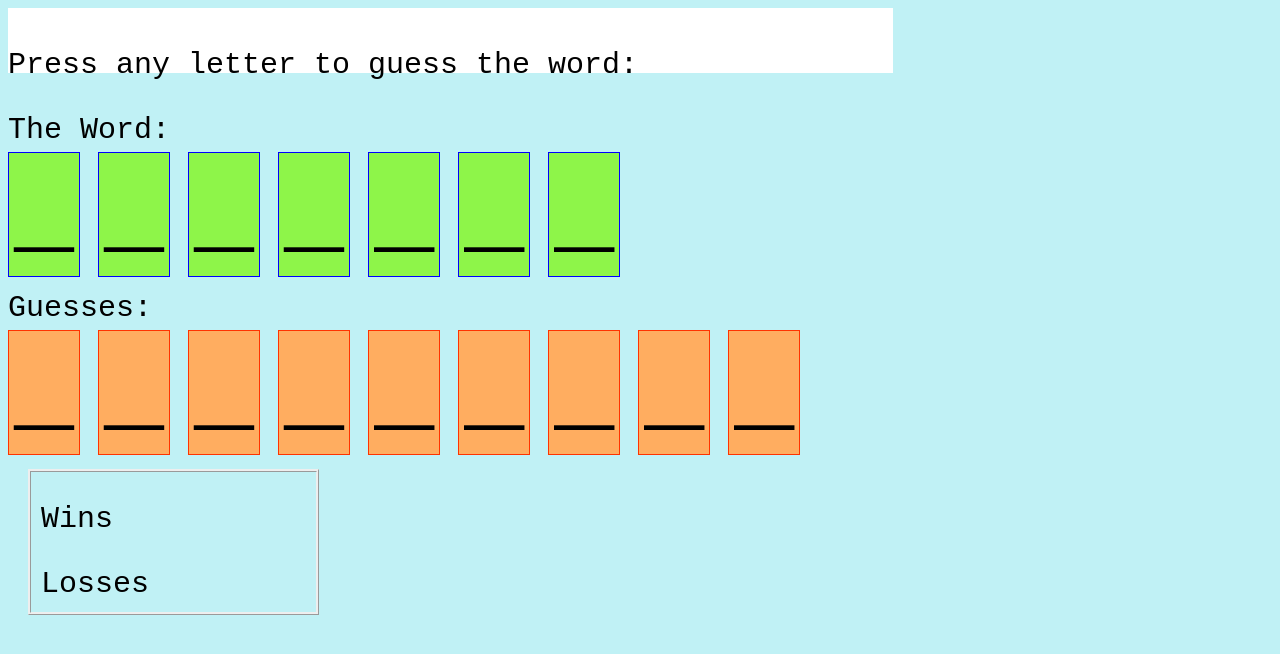
Repository: dsaftler/JavaScript
Page: index.html
The author's editor kept a copy of each file at every save. The page is drawn from the files as they stood at one save, then again after the next save.
The browser window is 1280 px wide. The pictures show the whole page.

Above is the page before, as saved 2019-03-30 23:19:54.

After the next save:
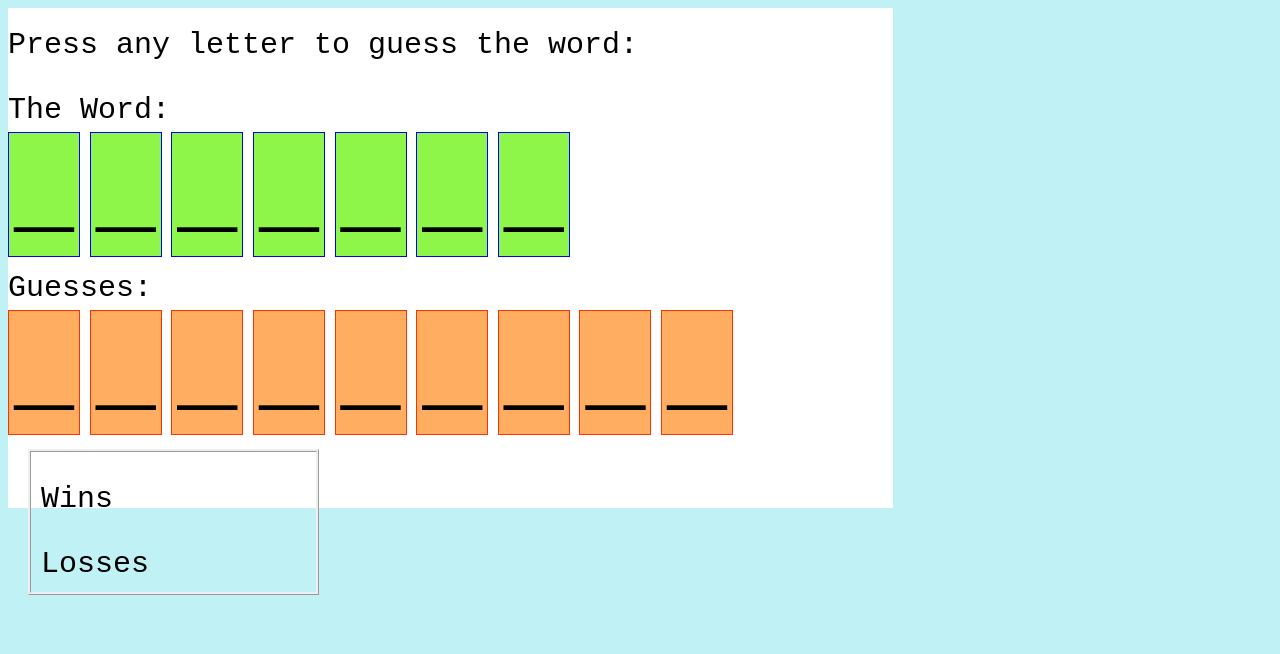
Saved 65 s later.
--- a/index.html
+++ b/index.html
@@ -10,7 +10,7 @@
   <title>JavaScript Hangman Game</title>
 </head>
 <body>
-    <div class="container showtext">
+    <div class="container">
         <div class="instructions showtext">Press any letter to guess the word: </div>
 
          <div class="showtext">The Word:</div>
